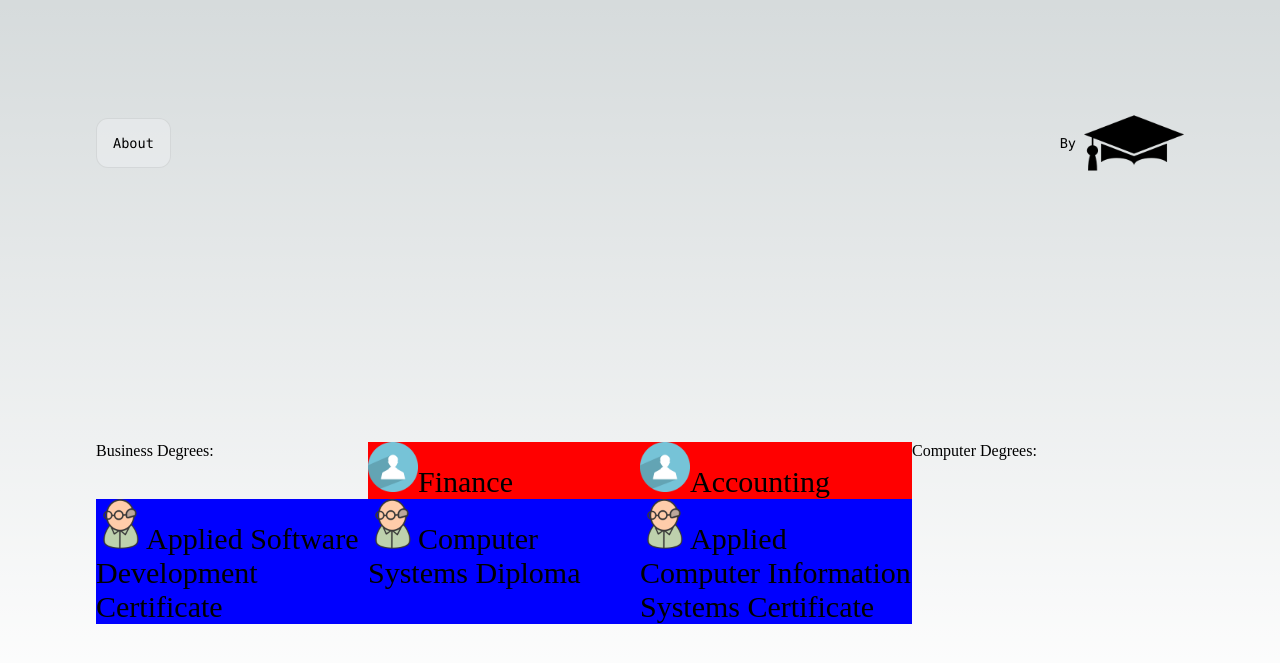
Repository: NeemaToto/mdia2109week3
Page: /
These files come from the project's save history. The page is drawn as it stood at one moment and after the next save; the edit follows.
The browser window is 1280 px wide. The pictures show the whole page.
The project was rebuilt for these pictures with package versions that can differ from the ones it lists, and the page was loaded fresh each time. The framework's server and built-in components were replaced by stand-ins that run in the browser. Also part of the build but not shown: next.config.js.

Above is the page before, as saved 2023-01-19 12:10:24.

### pages/index.js
import Head from 'next/head'
import Image from 'next/image'
import { Inter } from '@next/font/google'
import styles from '@/styles/Home.module.css'
import data from '../data/education.json'
import { useState } from 'react'
import Card from '../components/card'
import Link from 'next/link'

const inter = Inter({ subsets: ['latin'] })

export default function Home() {
  console.log(data);
  const [information, setInformation] = useState([...data]);

  return (
    <>
      <Head>
        <title>Departments of School</title>
        <meta name="description" content="Generated by create next app" />
        <meta name="viewport" content="width=device-width, initial-scale=1" />
        <link rel="icon" href="/degree-icon.png"/>
      </Head>
      <main className={styles.main}>
        <div className={styles.description}>
          <p>
            <Link href="about">About</Link>
          </p>
          <div>
            <a
              href="https://vercel.com?utm_source=create-next-app&utm_medium=default-template&utm_campaign=create-next-app"
              target="_blank"
              rel="noopener noreferrer"
            >
              By{' '}
              <Image
                src="/degree-icon.png"
                alt="Vercel Logo"
                className={styles.vercelLogo}
                width={100}
                height={94}
                priority
              />
            </a>
          </div>
        </div>



        <div className={styles.grid}>
          <div>Business Degrees:</div>
          {
            information && information.map((info, index) => {
              if (info.department === "Business") {
                return (
                  <Card key={index} degree={info.degree} colour="red" font="30px" />
                )
              }
            })
          }
          <div>Computer Degrees:</div>
          {
            information && information.map((info, index) => {
              <div>Computer Degrees:</div>
              if (info.department === "Computing") {
                return (
                  <Card key={index} degree={info.degree} colour="blue" font="30px" />
                )
              }
            })
          }
        </div>
      </main>
    </>
  )
}

### data/education.json
[
        {
            "studentNumber": "A0004567",
            "firstName": "Person 1",
            "gpa": 3.8,
            "department": "Business",
            "degree": "Finance",
            "graduted": 2014
        },
        {
            "studentNumber": "A0001234",
            "firstName": "Person 2",
            "gpa": 3.5,
            "department": "Business",
            "degree": "Accounting",
            "graduted": 2010
        },
        {
            "studentNumber": "A0007890",
            "firstName": "Person 3",
            "gpa": 3.2,
            "department": "Computing",
            "degree": "Applied Software Development Certificate",
            "graduted": 2018
        },
        {
            "studentNumber": "A0007828",
            "firstName": "Person 4",
            "gpa": 3.9,
            "department": "Computing",
            "degree": "Computer Systems Diploma",
            "graduted": 2021
        },
        {
            "studentNumber": "A0003425",
            "firstName": "Person 5",
            "gpa": 3.2,
            "department": "Computing",
            "degree": "Applied Computer Information Systems Certificate",
            "graduted": 2021
        }
]

### components/card/index.js
export default function Card({
    degree = "none",
    colour = "purple",
    font = 0,
    image = 'icon/personTwo.png'
}){
    return(
        <div style={{backgroundColor: colour, fontSize: font}}>
            {
                colour === "red" ? <img src={'icon/person.png'} width="50"/> :
                colour === "blue" ? <img src={'icon/personThree.png'} width="50"/> :
                                    <img src={image} width="50"/>
            }
            {degree}
        </div>
    )
}

Loaded but not shown: pages/_app.js (common file); pages/_document.js (common file); styles/globals.css (common file); styles/Home.module.css (common file)

After the next save:
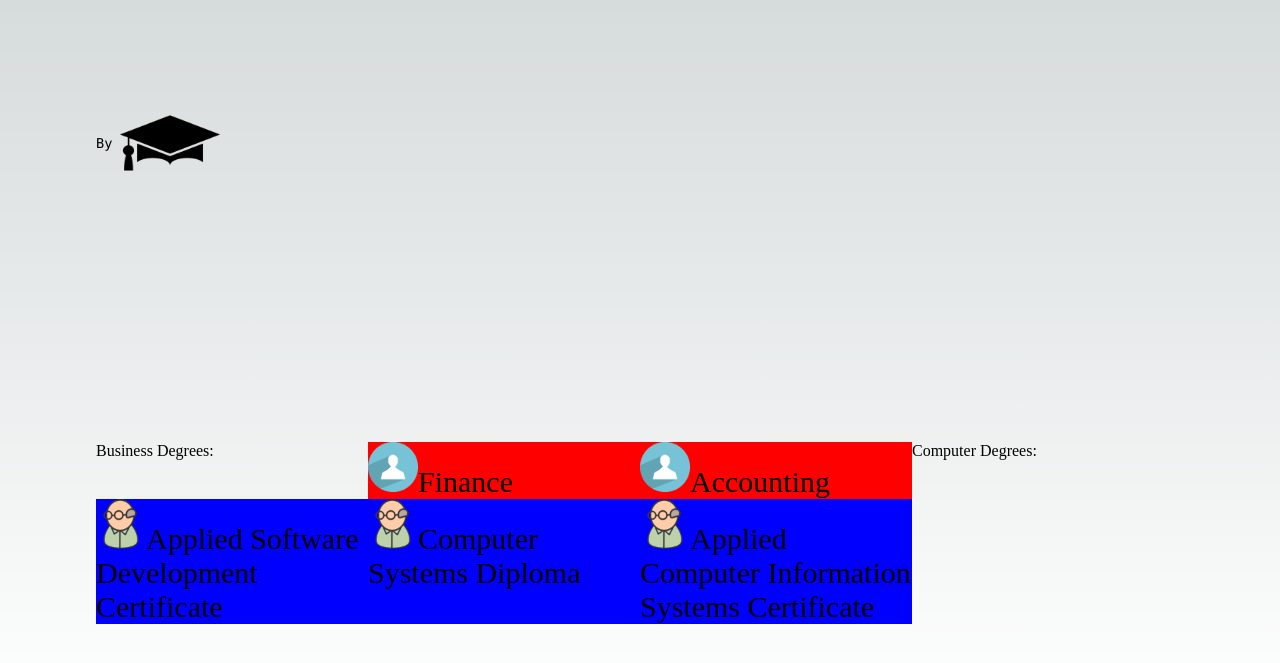
Saved 13 s later.
--- a/pages/index.js
+++ b/pages/index.js
@@ -23,9 +23,6 @@ export default function Home() {
       </Head>
       <main className={styles.main}>
         <div className={styles.description}>
-          <p>
-            <Link href="about">About</Link>
-          </p>
           <div>
             <a
               href="https://vercel.com?utm_source=create-next-app&utm_medium=default-template&utm_campaign=create-next-app"
